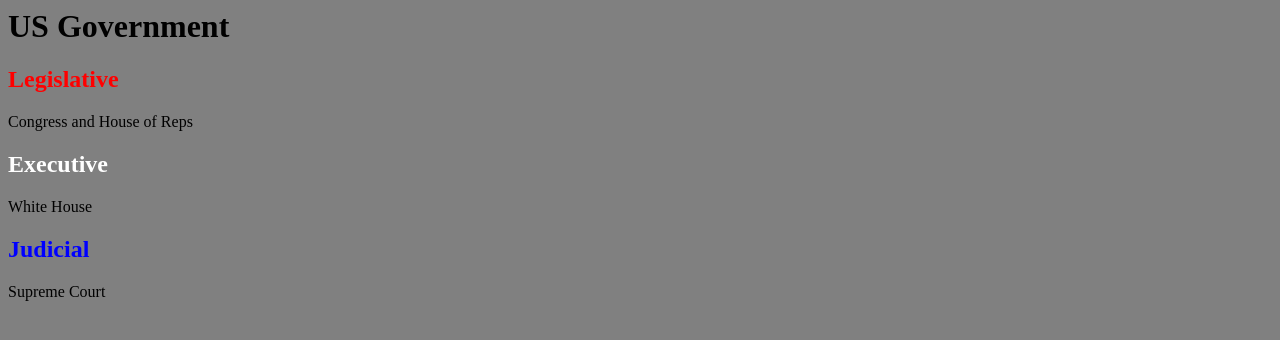
Repository: Peacepapi/1702Java
Page: web/src/main/webapp/index.html
An editor plug-in stored every save of this project. The page is shown before and after the next save, followed by the edit.
The browser window is 1280 px wide. The pictures show the whole page.

Above is the page before, as saved 2017-02-24 14:37:59.

### web/src/main/webapp/index.html
<html>
	<body style="background-color: grey">
		<h1>US Government</h1>
		<h2 style="color: red">Legislative</h2>
			<p>Congress and House of Reps</p>
		<h2 style="color: white">Executive</h2>
			<p>White House</p>
		<h2 style="color: blue">Judicial</h2>
			<p>Supreme Court</p>
	</body>
</html>

After the next save:
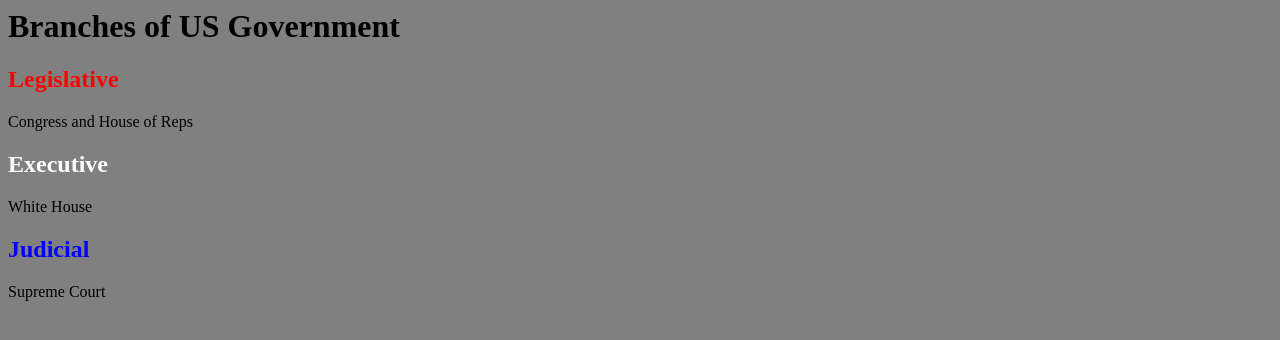
Saved 85 s later.
--- a/web/src/main/webapp/index.html
+++ b/web/src/main/webapp/index.html
@@ -1,6 +1,9 @@
 <html>
+	<head>
+		<title>US Government 101</title>
+	</head>
 	<body style="background-color: grey">
-		<h1>US Government</h1>
+		<h1>Branches of US Government</h1>
 		<h2 style="color: red">Legislative</h2>
 			<p>Congress and House of Reps</p>
 		<h2 style="color: white">Executive</h2>
